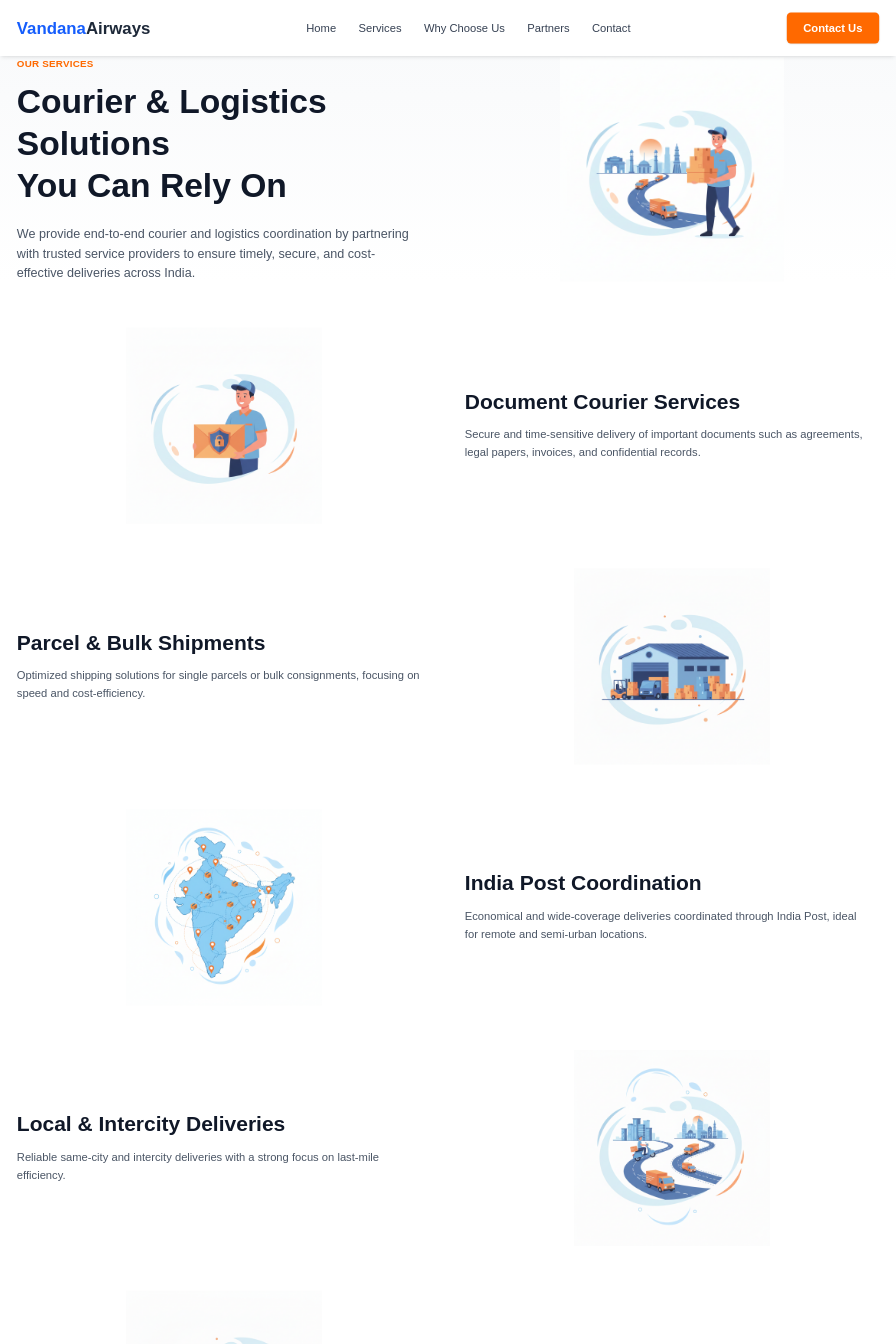
Repository: Rohit-foryou/Courier-Portfolio
Page: /services
An editor plug-in stored every save of this project. The page is shown before and after the next save, followed by the edit.
The browser window is 1280 px wide. The pictures show the part of the page from y = 0 to 1920 px (the page is 4068 px tall before and 4260 px after), at 70% of full size.
The project was rebuilt for these pictures with package versions that can differ from the ones it lists, and the page was loaded fresh each time. The framework's server and built-in components were replaced by stand-ins that run in the browser. Also part of the build but not shown: next.config.ts.

Above is the page before, as saved 2026-02-10 00:37:58.

### app/layout.tsx
import "./globals.css";
import Navbar from "../components/Navbar";
import Footer from "../components/Fotter";

export const metadata = {
  title: "Courier Portfolio",
  description: "Courier & logistics service portfolio website",
};

export default function RootLayout({
  children,
}: {
  children: React.ReactNode;
}) {
  return (
    <html lang="en">
      <body>
        <Navbar />
        <main className="min-h-screen">{children}</main>
        <Footer />
      </body>
    </html>
  );
}

### app/services/page.tsx
import Image from "next/image";
import Link from "next/link";

export default function ServicesPage() {
  const services = [
    {
      title: "Document Courier Services",
      desc: "Secure and time-sensitive delivery of important documents such as agreements, legal papers, invoices, and confidential records.",
      img: "/images/Document.png",
    },
    {
      title: "Parcel & Bulk Shipments",
      desc: "Optimized shipping solutions for single parcels or bulk consignments, focusing on speed and cost-efficiency.",
      img: "/images/parcel.png",
    },
    {
      title: "India Post Coordination",
      desc: "Economical and wide-coverage deliveries coordinated through India Post, ideal for remote and semi-urban locations.",
      img: "/images/India Post.png",
    },
    {
      title: "Local & Intercity Deliveries",
      desc: "Reliable same-city and intercity deliveries with a strong focus on last-mile efficiency.",
      img: "/images/Intercity.png",
    },
    {
      title: "Business & Corporate Logistics",
      desc: "Scalable logistics coordination for enterprises with transparent processes and dependable partners.",
      img: "/images/Parcel.png",
    },
    {
      title: "Multi-Courier Optimization",
      desc: "Intelligent courier selection based on destination, urgency, and cost for optimal delivery performance.",
      img: "/images/multi.png",
    },
  ];

  return (
    <>
      {/* HERO */}
      <section className="bg-gradient-to-b from-gray-50 to-white py-">
        <div className="max-w-7xl mx-auto px-6 grid grid-cols-1 md:grid-cols-2 gap-12 items-center">
          <div>
            <p className="text-sm font-semibold text-orange-500 uppercase tracking-wide">
              Our Services
            </p>

            <h1 className="mt-4 text-4xl md:text-5xl font-bold text-gray-900 leading-tight">
              Courier & Logistics Solutions
              <br /> You Can Rely On
            </h1>

            <p className="mt-6 text-lg text-gray-600 max-w-xl">
              We provide end-to-end courier and logistics coordination by partnering
              with trusted service providers to ensure timely, secure, and
              cost-effective deliveries across India.
            </p>
          </div>

          <div className="flex justify-center">
            <Image
              src="/images/services.png"
              alt="Courier services"
              width={320}
              height={220}
              className="object-contain"
              priority
            />
          </div>
        </div>
      </section>

      {/* CORE SERVICES */}
      <section className="bg-white py-16">
        <div className="max-w-7xl mx-auto px-6 space-y-16">
          {services.map((s, i) => {
            const imageLeft = i % 2 === 0; // 👈 FIRST IMAGE LEFT

            return (
              <div
                key={i}
                className="grid grid-cols-1 md:grid-cols-2 gap-12 items-center"
              >
                {/* IMAGE */}
                <div
                  className={`flex justify-center ${
                    imageLeft ? "md:order-1" : "md:order-2"
                  }`}
                >
                  <Image
                    src={s.img}
                    alt={s.title}
                    width={280}
                    height={200}
                    className="
                      object-contain
                      transition
                      duration-300
                      ease-out
                      hover:scale-[1.04]
                      hover:-translate-y-1
                    "
                  />
                </div>

                {/* TEXT */}
                <div className={imageLeft ? "md:order-2" : "md:order-1"}>
                  <h2 className="text-3xl font-bold text-gray-900">
                    {s.title}
                  </h2>
                  <p className="mt-4 text-gray-600 max-w-xl leading-relaxed">
                    {s.desc}
                  </p>
                </div>
              </div>
            );
          })}
        </div>
      </section>

      {/* WHAT WE OFFER */}
      <section className="bg-gray-50 py-16">
        <div className="max-w-7xl mx-auto px-6 text-center">
          <p className="text-sm font-semibold text-orange-500 uppercase tracking-wide">
            Service Attributes
          </p>
          <h2 className="mt-4 text-4xl font-bold text-gray-900">
            What We Offer
          </h2>

          <div className="mt-16 grid grid-cols-1 sm:grid-cols-2 lg:grid-cols-4 gap-8">
            {[
              { title: "Fast Delivery", icon: "🚚", desc: "Urgent timelines met efficiently." },
              { title: "PAN India Coverage", icon: "📍", desc: "Remote to metro reach." },
              { title: "Smart Selection", icon: "📦", desc: "Best courier per shipment." },
              { title: "Secure Handling", icon: "🔒", desc: "Trusted partner network." },
            ].map((item, i) => (
              <div
                key={i}
                className="bg-white p-8 rounded-xl shadow-sm hover:shadow-lg transition"
              >
                <div className="text-4xl mb-4">{item.icon}</div>
                <h3 className="font-semibold text-gray-900">{item.title}</h3>
                <p className="mt-2 text-gray-600 text-sm">{item.desc}</p>
              </div>
            ))}
          </div>
        </div>
      </section>

      {/* WHY CHOOSE US */}
      <section className="bg-white py-16">
        <div className="max-w-7xl mx-auto px-6 text-center">
          <h2 className="text-4xl font-bold text-gray-900">
            Why Choose Our Services?
          </h2>

          <div className="mt-16 grid grid-cols-1 md:grid-cols-3 gap-10">
            {[
              { title: "Cost-Effective", desc: "Competitive pricing through intelligent courier planning.", icon: "💰" },
              { title: "Reliable Coordination", desc: "Clear communication and dependable logistics execution.", icon: "🤝" },
              { title: "Trusted Network", desc: "Established courier partners across India.", icon: "🌐" },
            ].map((item, i) => (
              <div
                key={i}
                className="bg-gray-50 p-8 rounded-xl border hover:shadow-md transition"
              >
                <div className="text-4xl mb-4">{item.icon}</div>
                <h3 className="font-semibold text-lg text-gray-900">
                  {item.title}
                </h3>
                <p className="mt-2 text-gray-600 text-sm">{item.desc}</p>
              </div>
            ))}
          </div>
        </div>
      </section>

      {/* CTA */}
      <section className="bg-blue-50 py-20 text-center">
        <h2 className="text-3xl font-bold text-gray-900">
          Need a Reliable Courier Partner?
        </h2>
        <p className="mt-4 text-gray-600">
          Contact us today and let us handle your delivery needs.
        </p>
        <Link
          href="/contact"
          className="inline-block mt-6 bg-orange-500 text-white px-8 py-3 rounded-md font-semibold hover:bg-orange-600 transition"
        >
          Get in Touch
        </Link>
      </section>
    </>
  );
}

### components/Navbar.tsx
import Link from "next/link";

export default function Navbar() {
  return (
    <nav className="w-full bg-white sticky top-0 z-50 shadow-md">
      <div className="max-w-7xl mx-auto px-6">
        <div className="flex items-center justify-between h-20">

          {/* Logo */}
          <Link href="/" className="flex items-center">
            <span className="text-2xl font-bold text-blue-600">
              Vandana<span className="text-gray-800">Airways</span>
            </span>
          </Link>

          {/* Navigation Links */}
          <div className="hidden md:flex items-center space-x-8 text-gray-700 font-medium">
            {["Home", "Services", "Why Choose Us", "Partners", "Contact"].map(
              (item) => (
                <Link
                  key={item}
                  href={item === "Home" ? "/" : `/${item.toLowerCase().replace(/\s/g, "-")}`}
                  className="relative hover:text-blue-600 transition after:absolute after:left-0 after:-bottom-1 after:w-0 after:h-[2px] after:bg-orange-500 hover:after:w-full after:transition-all"
                >
                  {item}
                </Link>
              )
            )}
          </div>

          {/* CTA Button */}
          <Link
            href="/contact"
            className="bg-orange-500 text-white px-6 py-2.5 rounded-md font-semibold hover:bg-orange-600 transition shadow-sm"
          >
Contact Us          </Link>
        </div>
      </div>
    </nav>
  );
}

### components/Fotter.tsx
import Link from "next/link";

export default function Footer() {
  return (
    <footer className="bg-gray-50 border-t border-gray-200">
      <div className="max-w-7xl mx-auto px-6 py-12">
        <div className="grid grid-cols-1 md:grid-cols-3 gap-8">
          {/* Brand / About */}
          <div>
            <h3 className="text-xl font-bold text-blue-600">
  Vandana<span className="text-gray-900">Airways</span>
</h3>

            <p className="mt-4 text-gray-600 text-sm">
              We act as a trusted middleman connecting customers with reliable
              courier partners, including India Post, to deliver fast and
              cost-effective logistics solutions.
            </p>
          </div>

          {/* Quick Links */}
          <div>
            <h4 className="text-lg font-semibold text-gray-900 mb-4">
Quick Links</h4>
            <ul className="mt-4 space-y-2 text-sm">
              <li>
                <Link
                  href="/"
                  className="text-gray-600 hover:text-blue-600 transition"
                >
                  Home
                </Link>
              </li>
              <li>
                <Link
                  href="/services"
                  className="text-gray-600 hover:text-blue-600 transition"
                >
                  Services
                </Link>
              </li>
              <li>
                <Link
                  href="/why-choose-us"
                  className="text-gray-600 hover:text-blue-600 transition"
                >
                  Why Choose Us
                </Link>
              </li>
              <li>
                <Link
                  href="/partners"
                  className="text-gray-600 hover:text-blue-600 transition"
                >
                  Partners
                </Link>
              </li>
              <li>
                <Link
                  href="/contact"
                  className="text-gray-600 hover:text-blue-600 transition"
                >
                  Contact
                </Link>
              </li>
            </ul>
          </div>

          {/* Contact Info */}
          <div>
            <h4 className="text-lg font-semibold text-gray-900">Contact</h4>
            <ul className="mt-4 space-y-2 text-gray-600 text-sm">
              <li>📞 +91-8383866968 | 8076668043</li>
              <li>✉️ akhileshpr125@gmail.com</li>
              <li>
                📍 A - 44 A Mansa Ram Park, Uttam Nagar, New Delhi - 110059, India
              </li>
            </ul>
          </div>
        </div>

        {/* Bottom Bar */}
        <div className="mt-10 border-t border-gray-200 pt-6 text-center text-sm text-gray-500">
          © {new Date().getFullYear()} Vandana Airways. All rights reserved.
        </div>
      </div>
    </footer>
  );
}

Loaded but not shown: app/globals.css (common file)

After the next save:
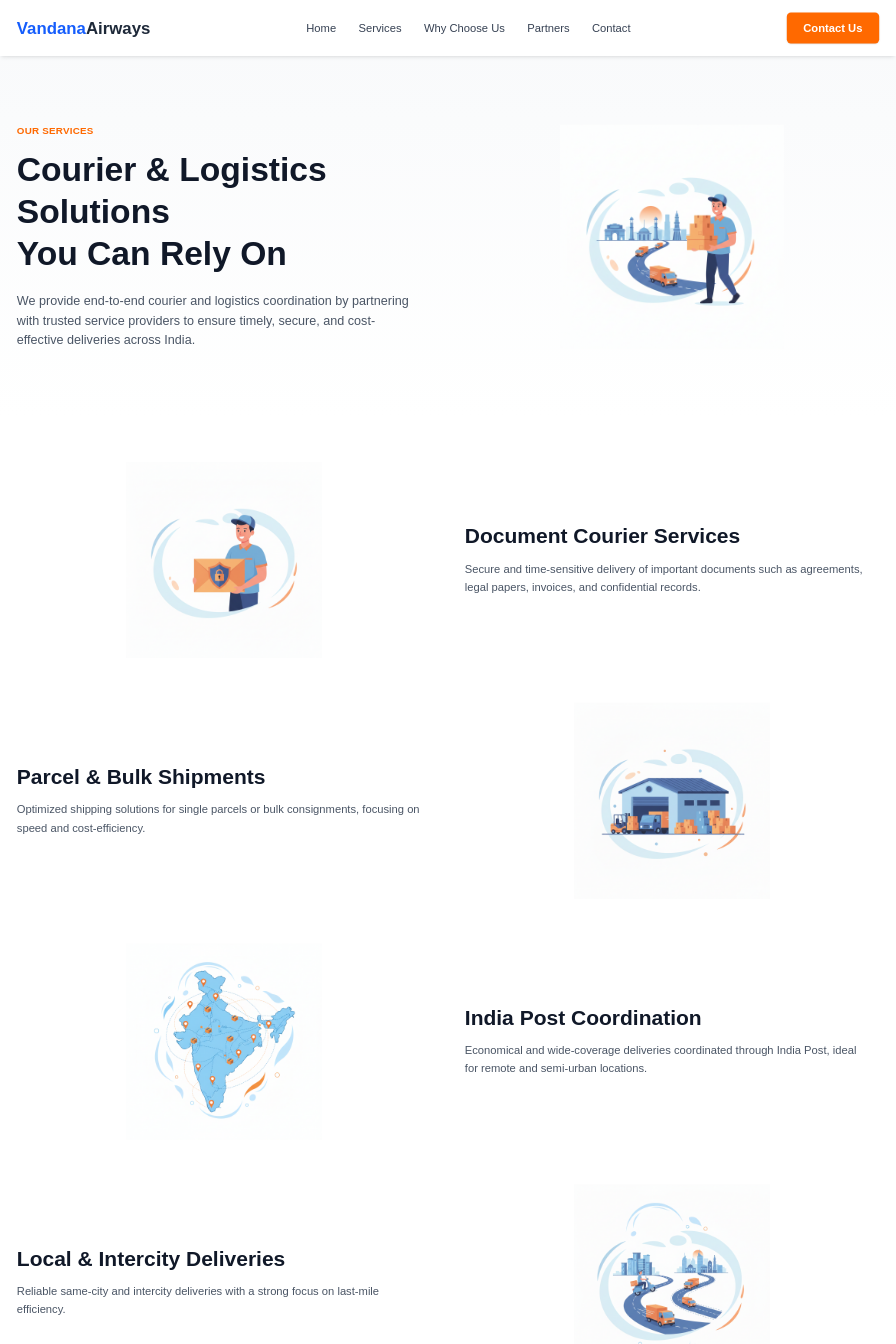
Saved 5 s later.
--- a/app/services/page.tsx
+++ b/app/services/page.tsx
@@ -38,7 +38,7 @@
   return (
     <>
       {/* HERO */}
-      <section className="bg-gradient-to-b from-gray-50 to-white py-">
+      <section className="bg-gradient-to-b from-gray-50 to-white py-24">
         <div className="max-w-7xl mx-auto px-6 grid grid-cols-1 md:grid-cols-2 gap-12 items-center">
           <div>
             <p className="text-sm font-semibold text-orange-500 uppercase tracking-wide">
